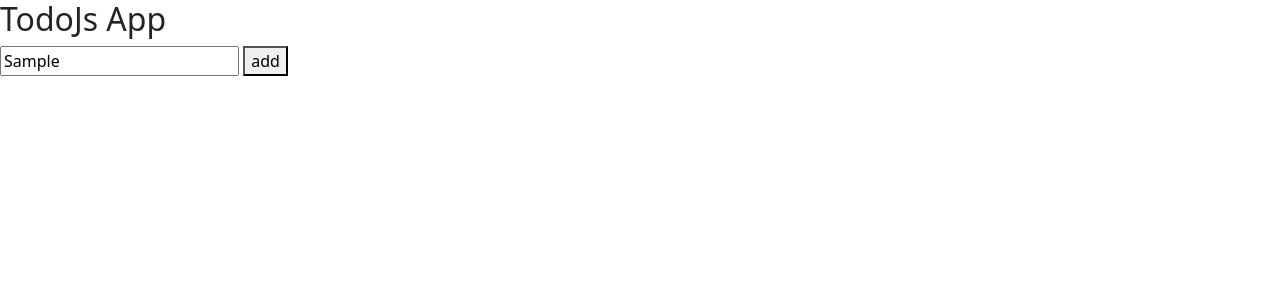
Repository: VladimirKasyanov/Todo
Page: index.html
These files come from the project's save history. The page is drawn as it stood at one moment and after the next save; the edit follows.
The browser window is 1280 px wide. The pictures show the whole page.
Empty fields were first filled with sample values (such as "Sample", 5 or name@example.com).
After loading, the first visible `button.add` was clicked once.

Above is the page before, as saved 2024-05-16 12:20:52.
Console error: ReferenceError: checked is not defined

After the next save:
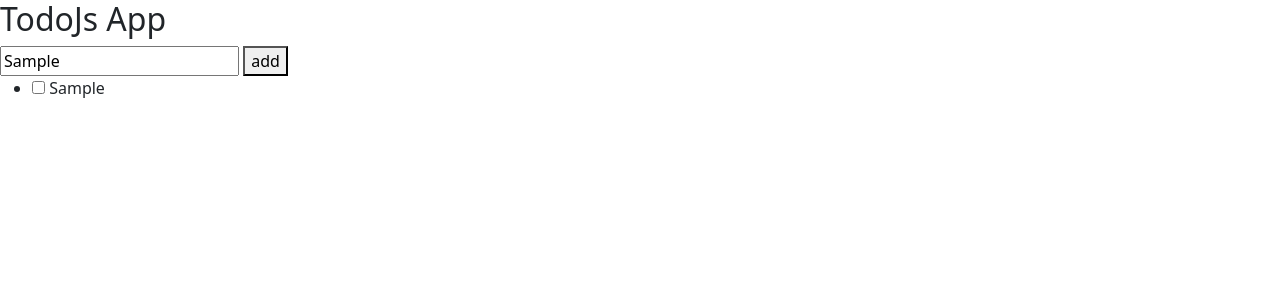
The error is gone.
Saved 14 s later.
--- a/todo.js
+++ b/todo.js
@@ -24,7 +24,7 @@ const displayList = (arr) => {
         arr.forEach((item, i) => {
             list.innerHTML +=
         `<li>
-        <input type='checkbox' id='item_${i}' ${checked} >
+        <input type='checkbox' id='item_${i}'>
         <label for='item_${i}'>${item.description}</label>
         </li>`;
 
